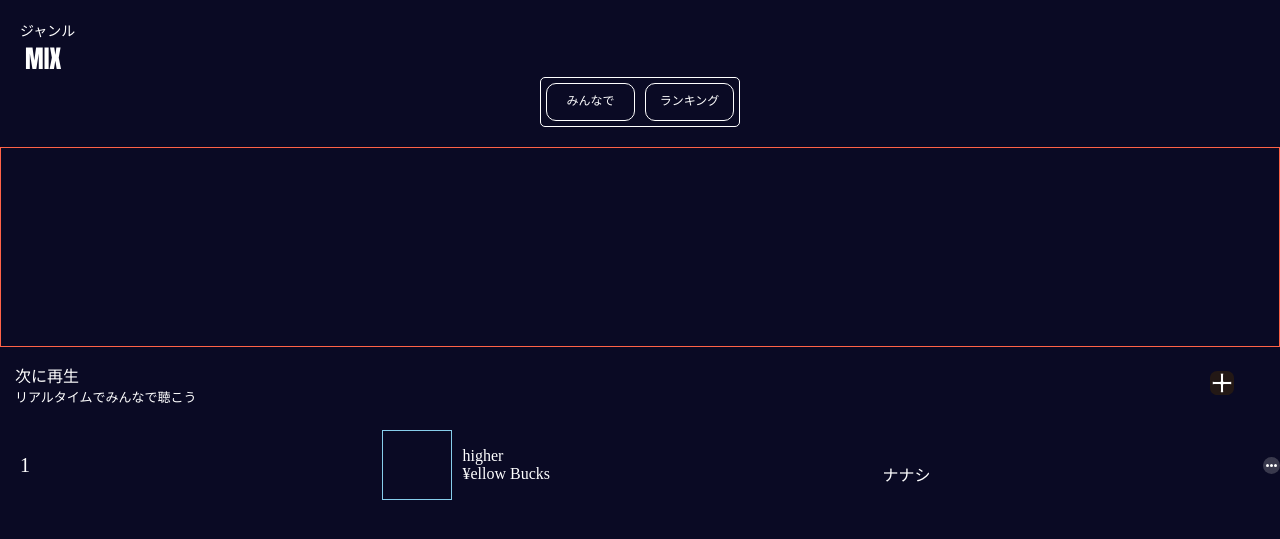
Repository: FujieRyou/2024_team
Page: /LoggedIn
An editor plug-in stored every save of this project. The page is shown before and after the next save, followed by the edit.
The browser window is 1280 px wide. The pictures show the whole page.
The project was rebuilt for these pictures with package versions that can differ from the ones it lists, and the page was loaded fresh each time. The framework's server and built-in components were replaced by stand-ins that run in the browser. Also part of the build but not shown: next.config.js.

Above is the page before, as saved 2024-01-10 11:37:24.

After the next save:
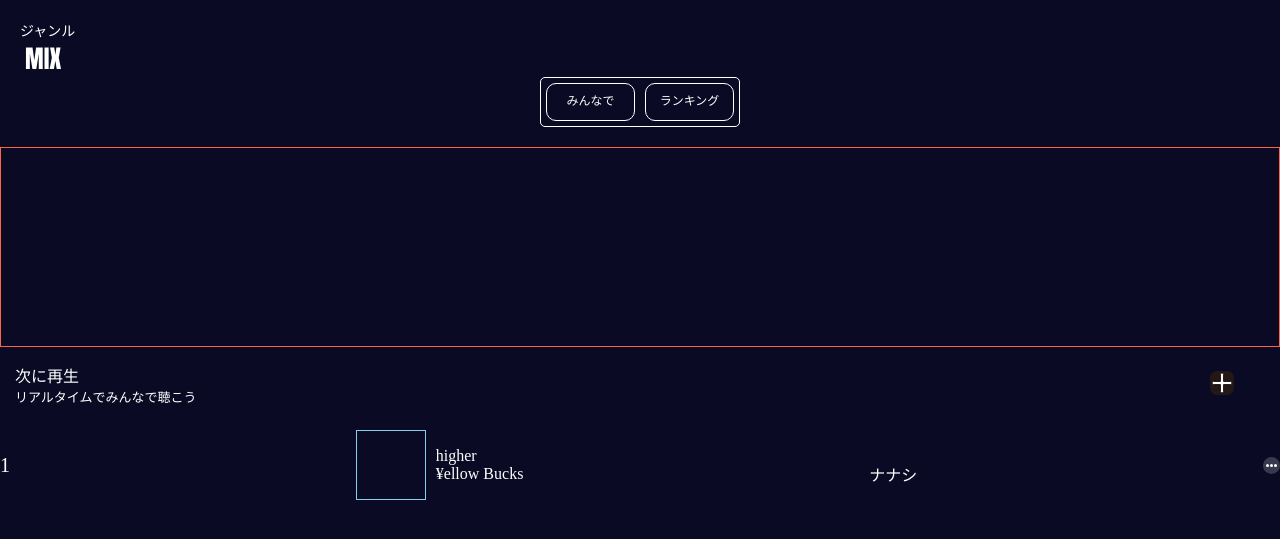
Saved 21 s later.
--- a/src/styles/index.css
+++ b/src/styles/index.css
@@ -299,7 +299,6 @@ h2{
 
 .song_num{
     font-size: 20px;
-    margin: 0 20px;
 }
 
 #song_wrap{
